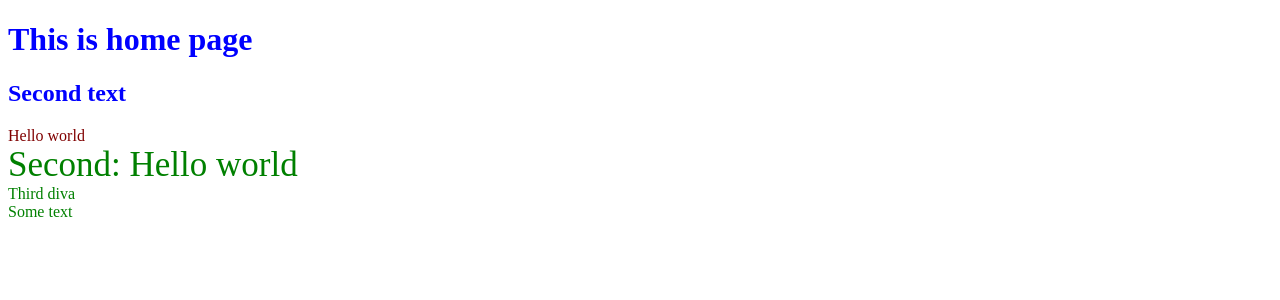
Repository: Vincerenko/Web-site
Page: http://localhost/index
The author's editor kept a copy of each file at every save. The page is drawn from the files as they stood at one save, then again after the next save.
The browser window is 1280 px wide. The pictures show the whole page.
The page is this project's Thymeleaf template; nobody is signed in. The template is opened directly, without the code that normally fills it, so the values that code supplies are empty.

Above is the page before, as saved 2021-03-12 18:38:54.

### ckj_13_mvc/src/main/resources/templates/index.html
<!DOCTYPE html>
<html>
<head>
<meta charset="UTF-8">
<title>Home page</title>
<link rel="stylesheet" href="/style/demo.css">
</head>

<body>
	<div>
		<h1>This is home page</h1>
		<h2>Second text</h2>
		<div id="first">Hello world</div>
		<div class="green_text big_text">Second: Hello world</div>
		<div class="green_text">Third diva</div>
		<span class="green_text">Some text</span>
	</div>
</body>
</html>

### ckj_13_mvc/src/main/resources/static/style/demo.css
@charset "UTF-8";
h1,h2 {
	color: blue;
	}
#first {
color:maroon;
}

.green_text{
 	color:green;
}
.big_text{
font-size: 35px;
}

After the next save:
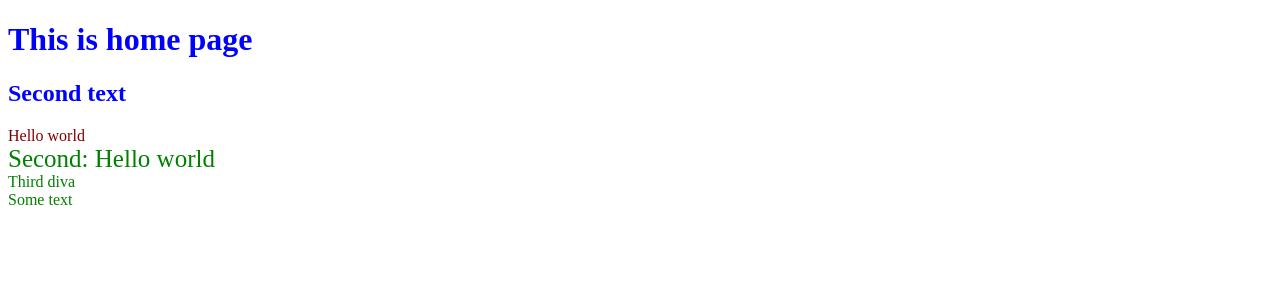
Saved 7 s later.
--- a/ckj_13_mvc/src/main/resources/static/style/demo.css
+++ b/ckj_13_mvc/src/main/resources/static/style/demo.css
@@ -10,5 +10,5 @@ color:maroon;
  	color:green;
 }
 .big_text{
-font-size: 35px;
+font-size: 25px;
 }
